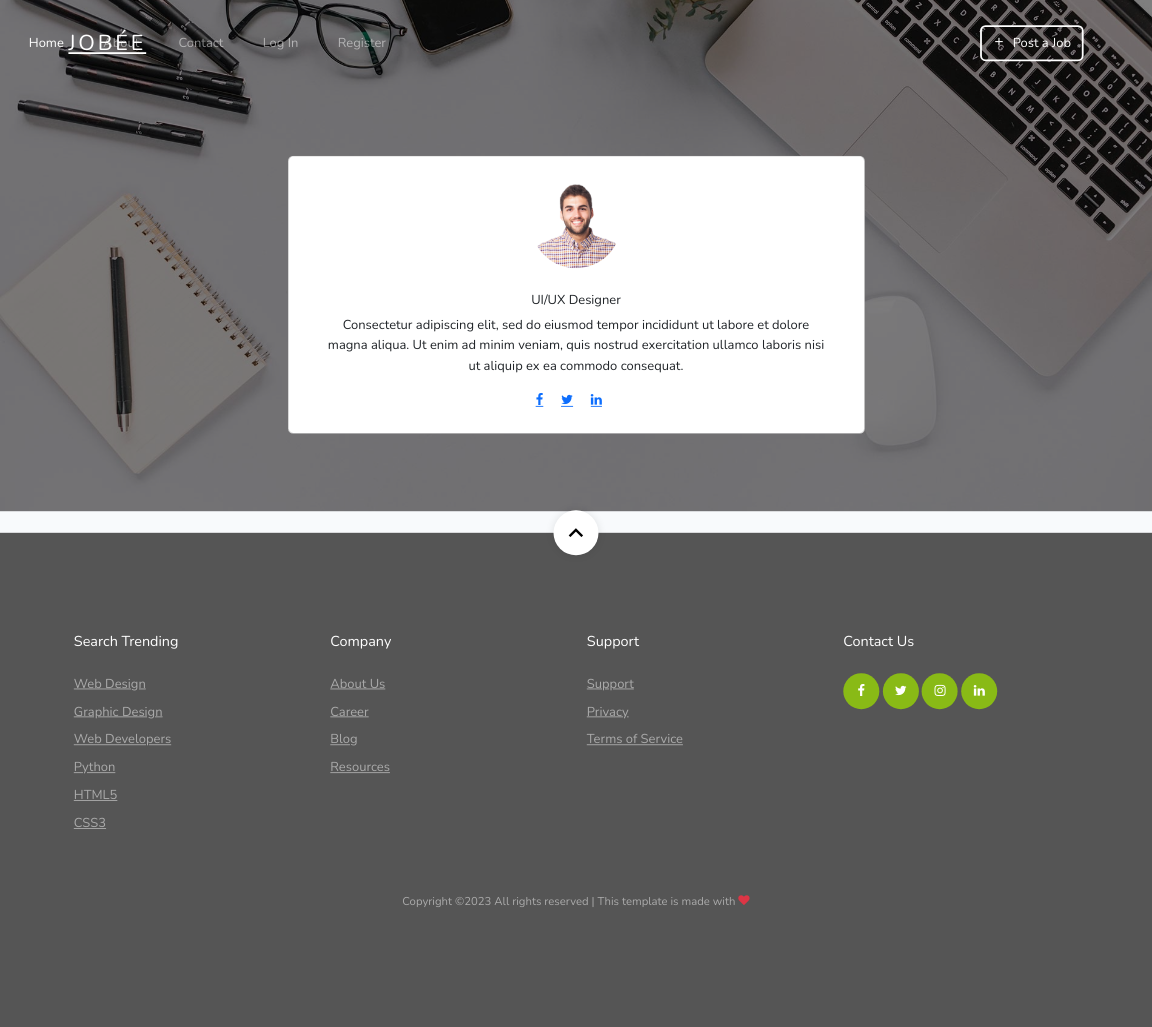
Repository: sara55m/Jobee
Page: resources/views/users/profile.blade.php
The author's editor kept a copy of each file at every save. The page is drawn from the files as they stood at one save, then again after the next save.
The browser window is 1280 px wide. The pictures show the whole page, at 90% of full size.
The page is served by the project's Laravel application, run on PHP 8.4 with Laravel 10. Style sheets and scripts are compiled from the project's sources, by tool versions that may differ from the author's. The template is opened directly, without the code that normally fills it, so the values that code supplies are empty.

Above is the page before, as saved 2024-10-08 04:57:57.

After the next save:
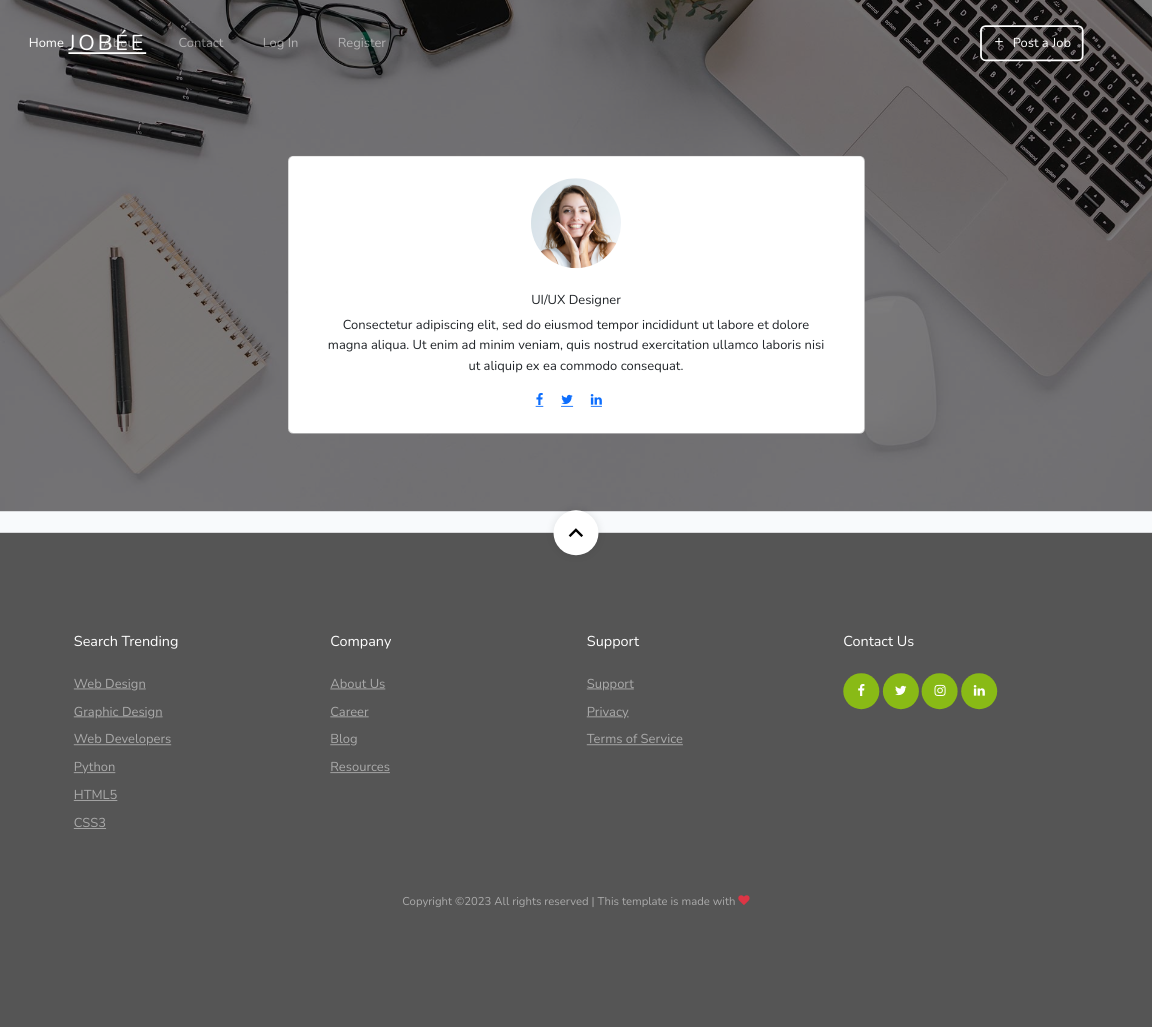
Saved 4 min 33 s later.
--- a/resources/views/users/profile.blade.php
+++ b/resources/views/users/profile.blade.php
@@ -8,7 +8,7 @@
                 <div class="card p-3 py-4">
 
                         <div class="text-center">
-                            <img src="assets/images/person_2.jpg" width="100" class="rounded-circle">
+                            <img src="{{asset('assets/images/person_1.jpg')}}" width="100" class="rounded-circle">
                         </div>
 
                         <div class="text-center mt-3">
